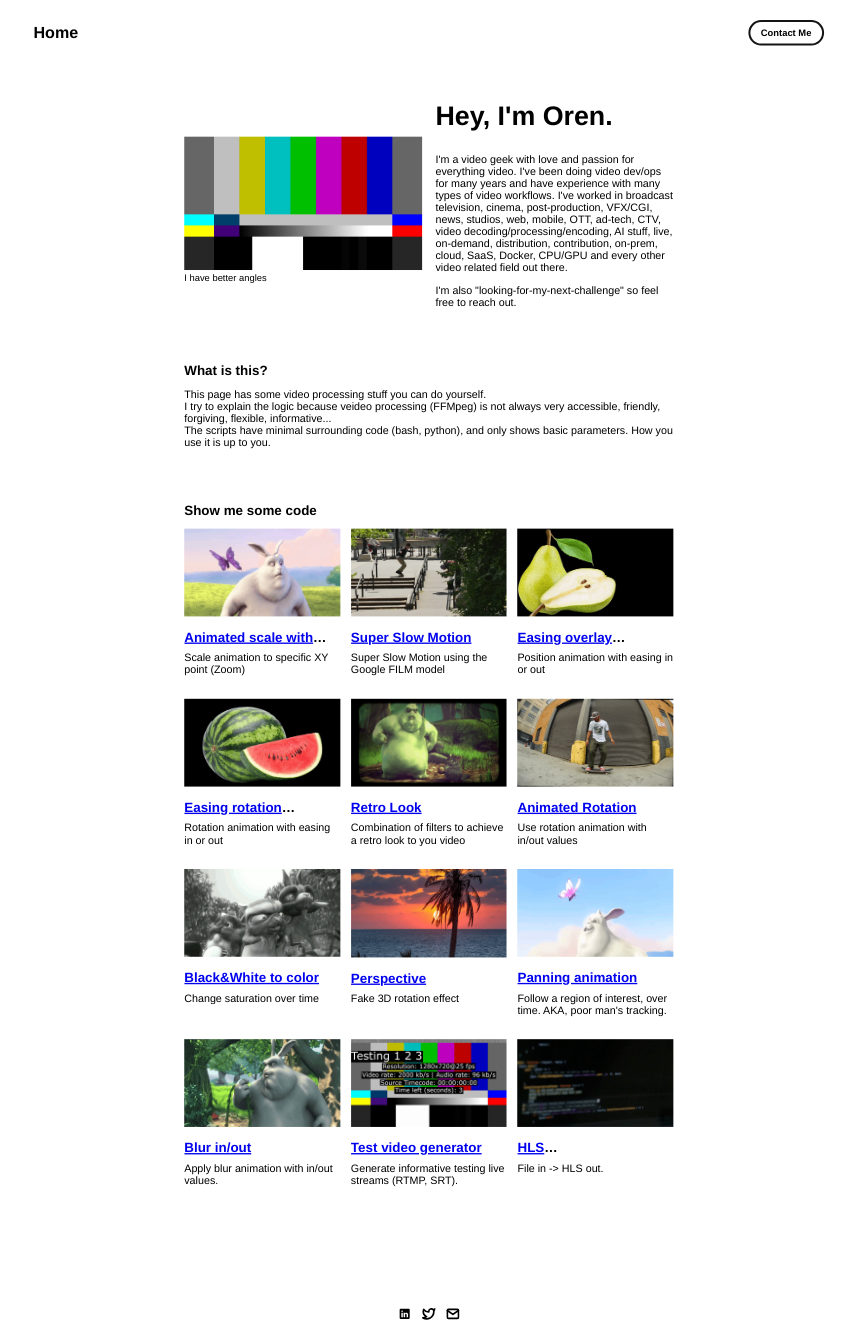
Repository: OrenShalmy/orenshalmy.github.io
Page: index.html
The author's editor kept a copy of each file at every save. The page is drawn from the files as they stood at one save, then again after the next save.
The browser window is 1280 px wide. The pictures show the whole page, at 67% of full size.

Above is the page before, as saved 2024-09-12 22:27:17.

After the next save:
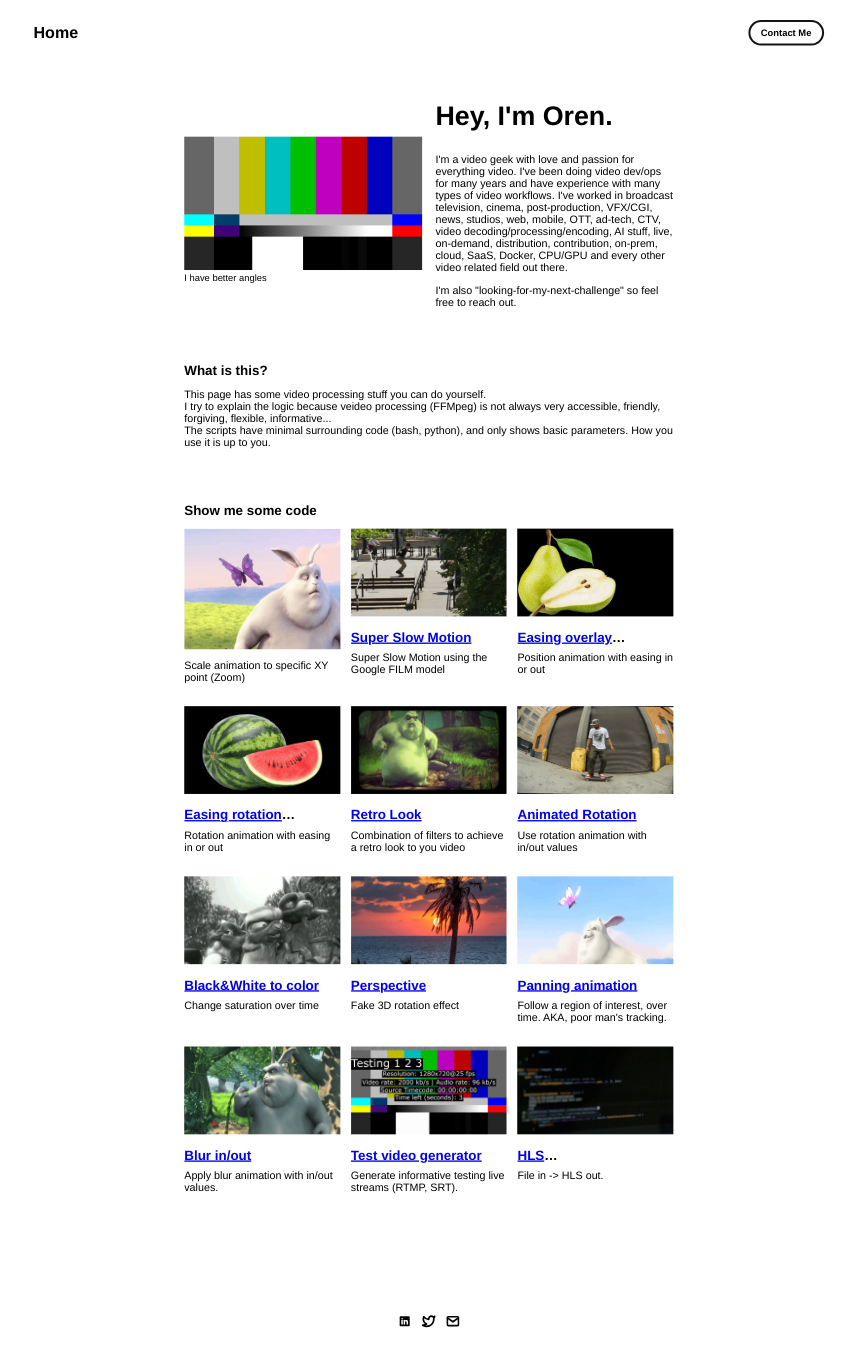
Saved 2 min 33 s later.
--- a/index.html
+++ b/index.html
@@ -65,9 +65,8 @@
         <div class="projects-container">
 
           <div class="project-card">
-            <img src="assets/media/anim-scale.gif">
             <div class="project-card-text-container">
-              <div class="subheader-text project-title"><a href="project-pages/animscale.html">Animated scale with zooming</a></div>
+              <div class="subheader-text project-title"><a href="project-pages/animscale.html"><img src="assets/media/anim-scale.gif">Animated scale with zooming</a></div>
               <div class="body-text project-card-text">Scale animation to specific XY point (Zoom)</div>
             </div>
           </div>
